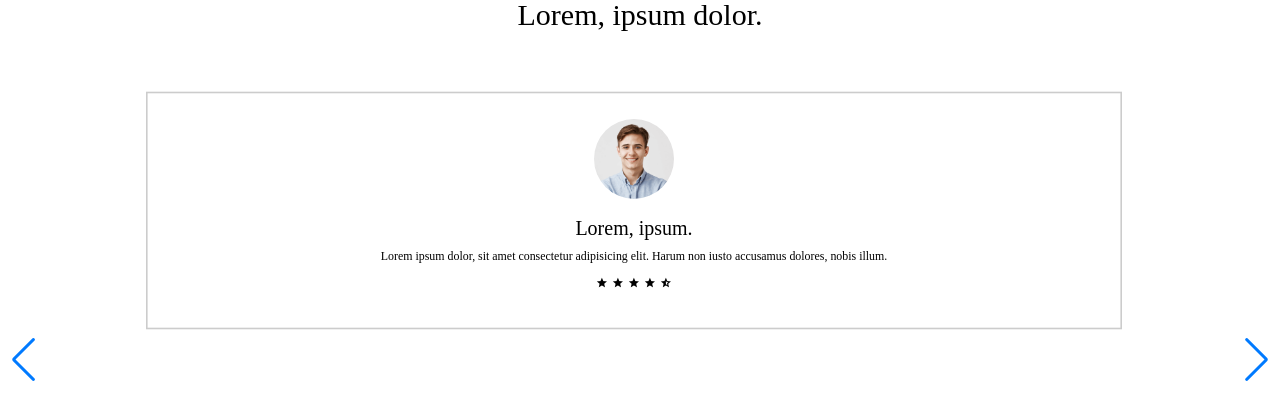
Repository: dinhhaidh/slider-3
Page: index.html
The author's editor kept a copy of each file at every save. The page is drawn from the files as they stood at one save, then again after the next save.
The browser window is 1280 px wide. The pictures show the whole page.

Above is the page before, as saved 2024-03-22 21:57:57.

### index.html
<!DOCTYPE html>
<html lang="en">
<head>
    <meta charset="UTF-8">
    <meta name="viewport" content="width=device-width, initial-scale=1.0">
    <title>Document</title>
    <link rel="stylesheet" href="https://cdnjs.cloudflare.com/ajax/libs/remixicon/4.2.0/remixicon.min.css">

    <link rel="stylesheet" href="./css/swiper-bundle.min.css">

    <link rel="stylesheet" href="./css/style.css">

</head>
<body>
    <div class="new">
        <h3 class="new__title">
            Lorem, ipsum dolor.
        </h3>

        <div class="new__container container">
            <div class="new__swiper swiper">
                <div  class="swiper-wrapper">
                    <article class="new__card new__article swiper-slide">
                        <img src="./img1.png" alt="" class="new__img">
                        <h3 class="new__subtitle">
                            Lorem, ipsum.
                        </h3>
                        <p class="new__description">
                            Lorem ipsum dolor, sit amet consectetur adipisicing elit. Harum non iusto accusamus dolores, nobis illum.
                        </p>
                        <div class="new__stars">
                            <i class="ri-star-s-fill"></i>
                            <i class="ri-star-s-fill"></i>
                            <i class="ri-star-s-fill"></i>
                            <i class="ri-star-s-fill"></i>
                            <i class="ri-star-half-s-line"></i>
                        </div>
                    </article>

                    <article class="new__card new__article swiper-slide">
                        <img src="./img1.png" alt="" class="new__img">
                        <h3 class="new__subtitle">
                            Lorem, ipsum.
                        </h3>
                        <p class="new__description">
                            Lorem ipsum dolor, sit amet consectetur adipisicing elit. Harum non iusto accusamus dolores, nobis illum.
                        </p>
                        <div class="new__stars">
                            <i class="ri-star-s-fill"></i>
                            <i class="ri-star-s-fill"></i>
                            <i class="ri-star-s-fill"></i>
                            <i class="ri-star-s-fill"></i>
                            <i class="ri-star-half-s-line"></i>
                        </div>
                    </article>

                    <article class="new__card new__article swiper-slide">
                        <img src="./img1.png" alt="" class="new__img">
                        <h3 class="new__subtitle">
                            Lorem, ipsum.
                        </h3>
                        <p class="new__description">
                            Lorem ipsum dolor, sit amet consectetur adipisicing elit. Harum non iusto accusamus dolores, nobis illum.
                        </p>
                        <div class="new__stars">
                            <i class="ri-star-s-fill"></i>
                            <i class="ri-star-s-fill"></i>
                            <i class="ri-star-s-fill"></i>
                            <i class="ri-star-s-fill"></i>
                            <i class="ri-star-half-s-line"></i>
                        </div>
                    </article>
                </div>
            </div>

            <!-- If we need navigation buttons -->
            <div class="swiper-button-prev"></div>
            <div class="swiper-button-next"></div>
        </div>
    </div>

    <script src="./js/swiper-bundle.min.js"></script>
    <script src="./js/app.js"></script>
</body>
</html>

### css/style.css
*,
*:before,
*:after {
  box-sizing: border-box;
}
* {
  margin: 0;
  padding: 0;
  font: inherit;
}
img,
picture,
svg,
video {
  display: block;
  max-width: 100%;
}
input,
select,
textarea {
  background-color: transparent;
  outline: none;
}
button {
  cursor: pointer;
  background-color: transparent;
  outline: none;
  border: 0;
}
body {
  min-height: 100vh;
  font-weight: 400;
  font-size: 16px;
  line-height: 1;
}

.container{
  max-width: 1220px;
  Margin-inline: 1.5rem;
}


.new__title{
  font-size: 30px;
  margin-bottom: 2rem;
  text-align: center;
}

.new__card{
  scale: .8;
}
.new .swiper-slider-active,
.new .sw{

}

.new__article{
  padding: 2rem 2.5rem 3rem;
  text-align: center;
  border: 2px solid #ccc;
}
.new__img{
  width: 100px;
  border-radius: 50%;
  margin: 0 auto 1.5rem;
}
.new__subtitle{
  margin-bottom: 1rem;
  font-size: 25px;
}
.new__description{
  font-size: 0.93rem;
  margin-bottom: 1rem;
}
.new__stars{

}
.ri-star-s-fill{

}
.ri-star-half-s-line{

}

### js/app.js

let swiperCustomer = new Swiper('.customer__swiper', {
    loop: true,
    spaceBetween: 16,
    slidesPerView: 'auto',
    centeredSlides: true,


     // Navigation arrows
    navigation: {
        nextEl: '.swiper-button-next',
        prevEl: '.swiper-button-prev',
    },

    breakpoints: {
        1150: {
            slidesPerView: 3,
            centeredSlides: false,
        }
    }
});

Loaded but not shown: css/swiper-bundle.min.css (library); js/swiper-bundle.min.js (library)

After the next save:
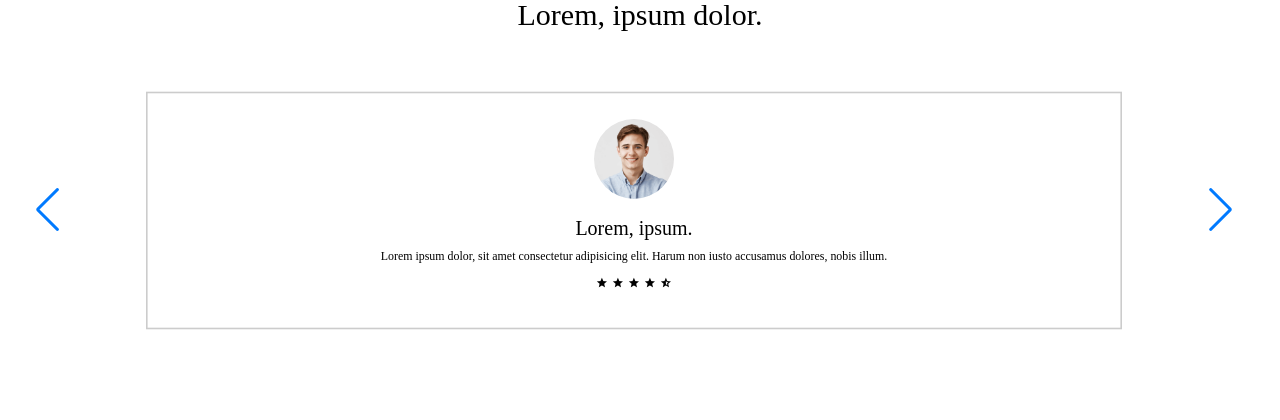
Saved 28 s later.
--- a/index.html
+++ b/index.html
@@ -71,11 +71,11 @@
                         </div>
                     </article>
                 </div>
+                <!-- If we need navigation buttons -->
+                <div class="swiper-button-prev"></div>
+                <div class="swiper-button-next"></div>
             </div>
 
-            <!-- If we need navigation buttons -->
-            <div class="swiper-button-prev"></div>
-            <div class="swiper-button-next"></div>
         </div>
     </div>
 
